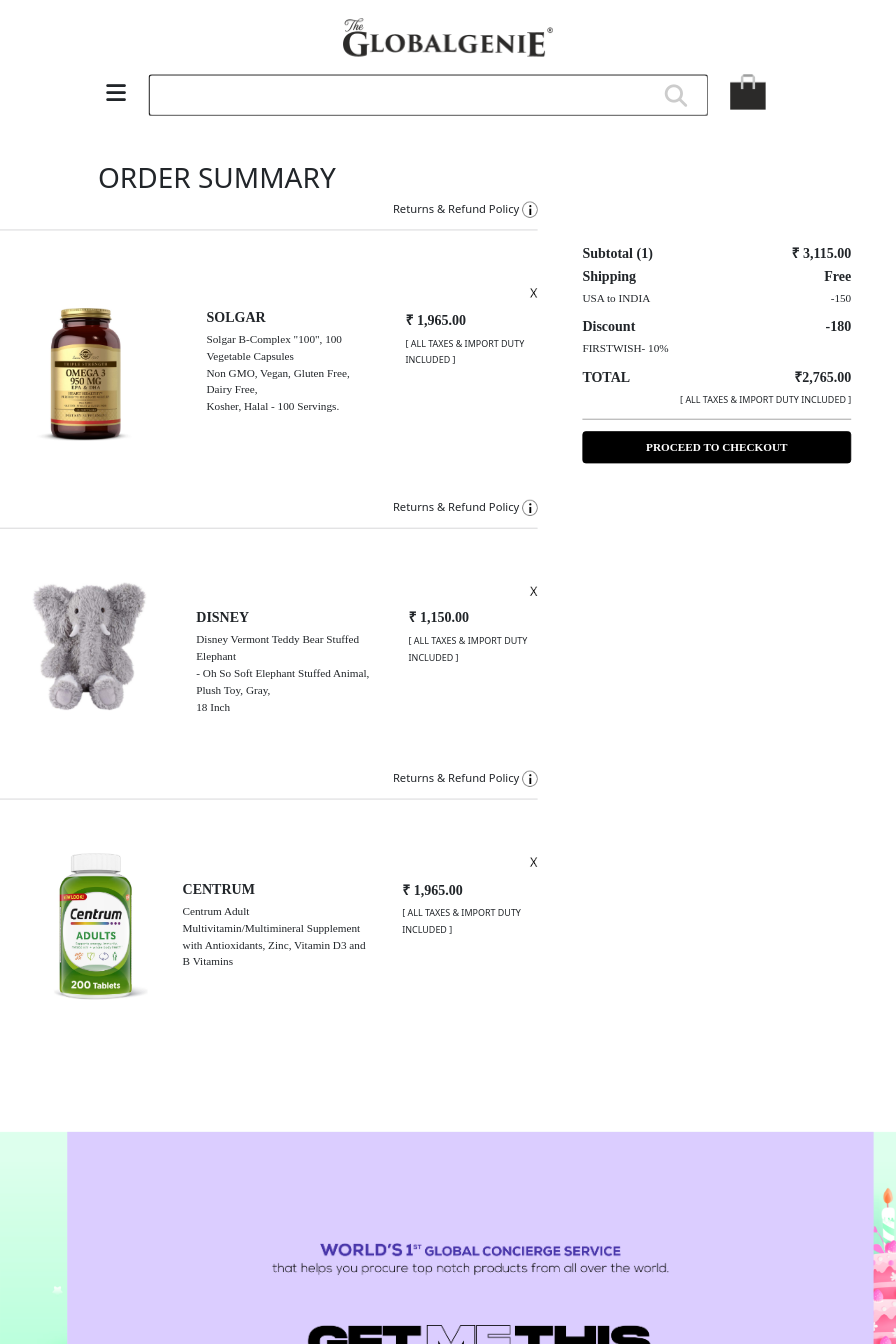
Repository: FlyweisReact/newGlobalGinie
Page: /OrderS
An editor plug-in stored every save of this project. The page is shown before and after the next save, followed by the edit.
The browser window is 1280 px wide. The pictures show the part of the page from y = 0 to 1920 px (the page is 3042 px tall before and 3034 px after), at 70% of full size.
Some web libraries are served in a nearby version. The project was rebuilt for these pictures with package versions that can differ from the ones it lists, and the page was loaded fresh each time. Also part of the build but not shown: src/Screen/Return.js, src/Screen/Address.js, src/Screen/AllOrders.js, src/Screen/AllProduct.js, src/Component/Hero2.js, src/Screen/Baby.css, src/Component/Reviews.js, src/Screen/Baby.js and 34 more.

Above is the page before, as saved 2023-02-17 13:52:35.

After the next save:
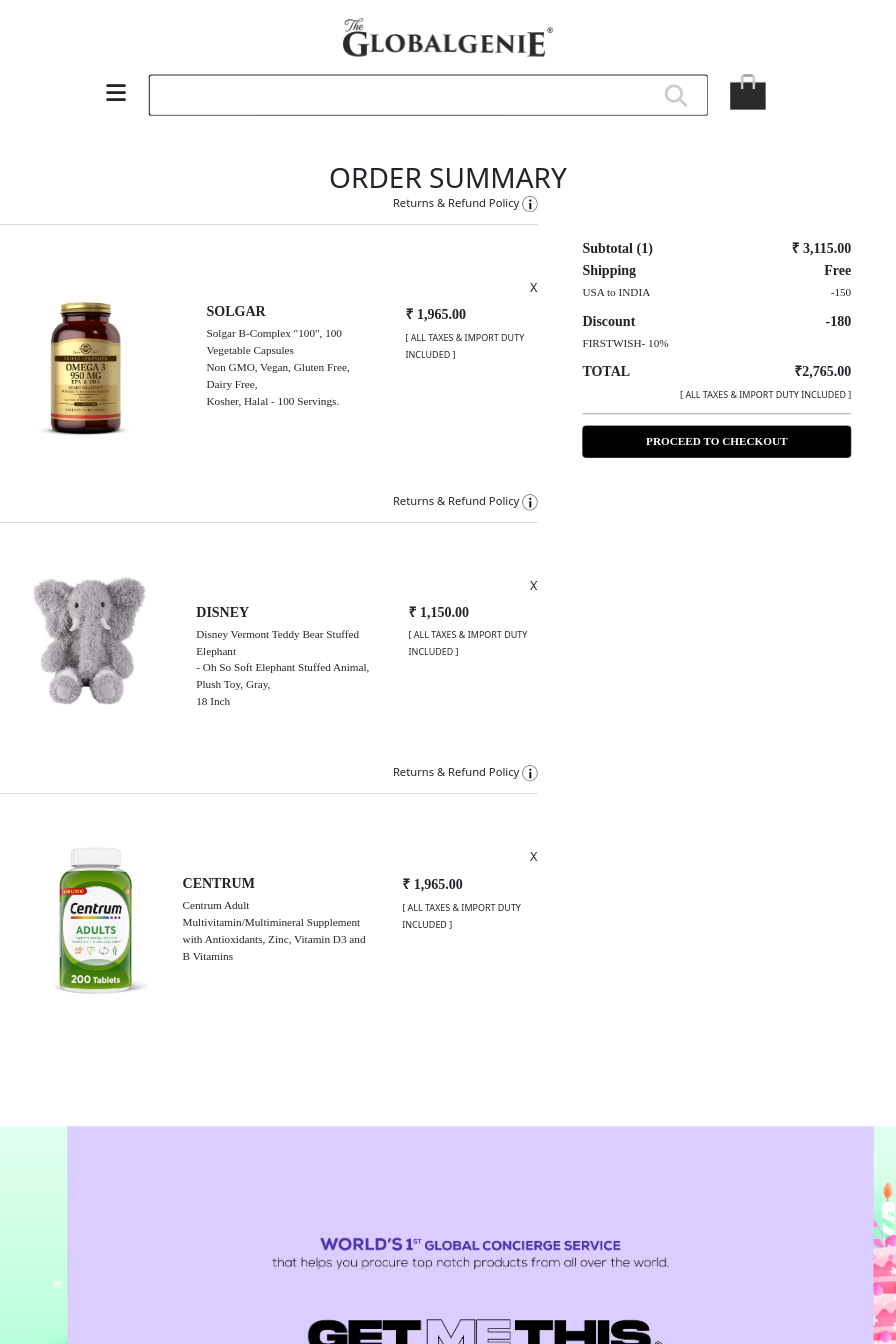
Saved 16 s later.
--- a/src/Screen/OrderSummary.js
+++ b/src/Screen/OrderSummary.js
@@ -19,7 +19,8 @@
   return (
     <>
       <div className="MyOrderHead">
-        <h1> ORDER SUMMARY</h1>
+      <h1 style={{ textAlign: "center", display: "block", margin: "auto" }}>
+        ORDER SUMMARY</h1>
       </div>
 
       <div className="OrderSummary">
